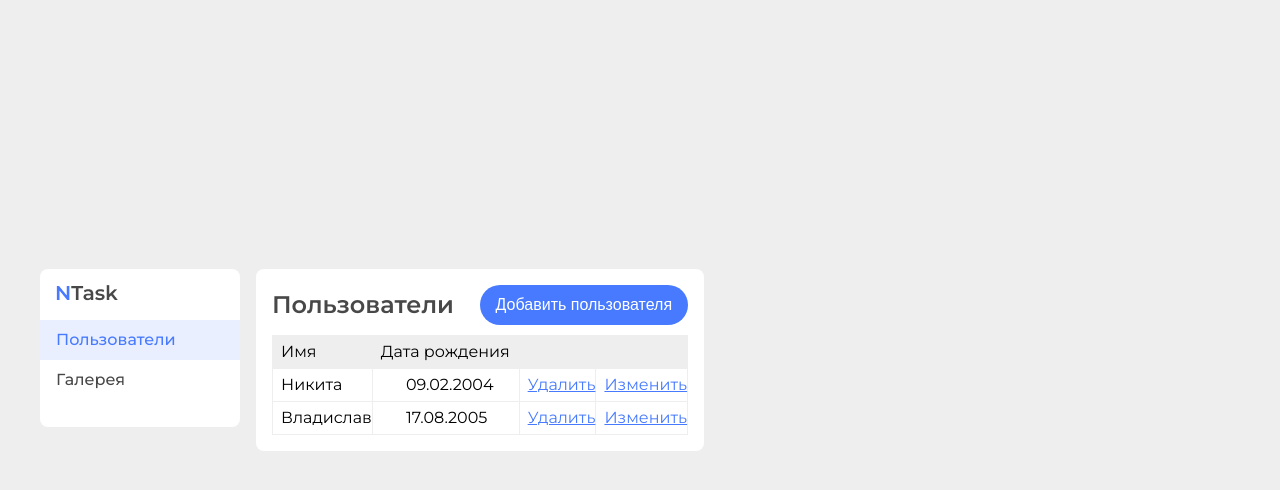
Repository: Grid-Master/NTask
Page: /
These files come from the project's save history. The page is drawn as it stood at one moment and after the next save; the edit follows.
The browser window is 1280 px wide. The pictures show the whole page.
The project was rebuilt for these pictures with package versions that can differ from the ones it lists, and the page was loaded fresh each time. Also part of the build but not shown: src/components/gallery/gallery.sass, src/components/gallery/Gallery.tsx, src/components/updateUser/updateUser.sass, src/components/updateUser/UpdateUser.tsx.

Above is the page before, as saved 2023-06-09 20:17:03.

### public/index.html
<!DOCTYPE html>
<html lang="en">
  <head>
    <meta charset="utf-8" />
    <link rel="icon" href="%PUBLIC_URL%/favicon.ico" />
    <meta name="viewport" content="width=device-width, initial-scale=1" />
    <meta name="theme-color" content="#000000" />
    <meta name="description" content="Web site created using create-react-app" />
    <link rel="apple-touch-icon" href="%PUBLIC_URL%/logo192.png" />
    <link rel="preconnect" href="https://fonts.googleapis.com" />
    <link rel="preconnect" href="https://fonts.gstatic.com" crossorigin />
    <link
      href="https://fonts.googleapis.com/css2?family=Montserrat:wght@300;400;500;600;700&display=swap"
      rel="stylesheet" />
    <link rel="manifest" href="%PUBLIC_URL%/manifest.json" />
    <title>React App</title>
  </head>
  <body>
    <noscript>You need to enable JavaScript to run this app.</noscript>
    <div id="root"></div>
  </body>
</html>

### src/index.tsx
import React from 'react';
import ReactDOM from 'react-dom/client';
import { Provider } from 'react-redux';
import './index.css';
import App from './App';
import { BrowserRouter } from 'react-router-dom';
import store from './store';

const root = ReactDOM.createRoot(document.getElementById('root') as HTMLElement);
root.render(
  <React.StrictMode>
    <BrowserRouter>
      <Provider store={store}>
        <App />
      </Provider>
    </BrowserRouter>
  </React.StrictMode>,
);

### src/index.css
html, body, div, span, applet, object, iframe,
h1, h2, h3, h4, h5, h6, p, blockquote, pre,
a, abbr, acronym, address, big, cite, code,
del, dfn, em, img, ins, kbd, q, s, samp,
small, strike, strong, sub, sup, tt, var,
b, u, i, center,
dl, dt, dd, ol, ul, li,
fieldset, form, label, legend,
table, caption, tbody, tfoot, thead, tr, th, td,
article, aside, canvas, details, embed,
figure, figcaption, footer, header, hgroup,
menu, nav, output, ruby, section, summary,
time, mark, audio, video {
	margin: 0;
	padding: 0;
	border: 0;
	font-size: 100%;
	font: inherit;
	vertical-align: baseline;
}
/* HTML5 display-role reset for older browsers */
article, aside, details, figcaption, figure,
footer, header, hgroup, menu, nav, section {
	display: block;
}
body {
	line-height: 1;
}
ol, ul {
	list-style: none;
}
blockquote, q {
	quotes: none;
}
blockquote:before, blockquote:after,
q:before, q:after {
	content: '';
	content: none;
}
table {
	border-collapse: collapse;
}
body {
  margin: 0;
  font-family: Montserrat;
  background: #EEEEEE;
;
}
input {
	font-family: Montserrat;
}

#root {
	display: flex;
	align-items: center;
	justify-content: center;
	height: 100vh;
}

code {
  font-family: source-code-pro, Menlo, Monaco, Consolas, 'Courier New',
    monospace;
}

### src/App.tsx
import './App.css';
import { FC, useEffect } from 'react';
import Navbar from './components/navabar/Navbar';
import UserList from './components/userList/UserList';
import { Routes, Route, useNavigate } from 'react-router-dom';
import Gallery from './components/gallery/Gallery';
import UpdateUser from './components/updateUser/UpdateUser';

const App: FC = () => {
  const navigate = useNavigate();
  useEffect(() => {
    navigate('/NTask/users');
  }, []);

  return (
    <div className="App">
      <Navbar />
      <Routes>
        <Route path="/NTask/users" element={<UserList />} />
        <Route path="/NTask/users/:id" element={<UpdateUser />} />
        <Route path="/NTask/gallery" element={<Gallery />} />
        <Route path="*" element={<h1>Error</h1>} />
      </Routes>
    </div>
  );
};

export default App;

### src/store/index.ts
import { configureStore } from '@reduxjs/toolkit';
import usersReducer from './usersSlice';
import galleryReducer from './gallerySlice';

const store = configureStore({
  reducer: { usersReducer, galleryReducer },
});

export default store;

export type RootState = ReturnType<typeof store.getState>;
export type AppDispatch = typeof store.dispatch;

### src/App.css
.App {

  width: 100%;
  display: flex;
  align-items:start;
  gap: 16px;
  max-width: 1200px;
  margin: 0 auto;
}

@media screen and (max-width: 1200px) {
  .App {
    flex-direction: column;
    max-width: 1000px;
  }
}
@media screen and (max-width: 1000px) {
  .App {
    max-width: 600px;
    padding: 16px;
  }
}
@media screen and (max-width: 600px) {
  .App {
    max-width: calc(320px - 32px);
  }
}

### src/components/navabar/Navbar.tsx
import { FC } from 'react';
import './navbar.sass';
import { useNavigate, useLocation } from 'react-router-dom';
const logo = require('../../images/logo.png');

const Navbar: FC = () => {
  const navigate = useNavigate();
  const { pathname } = useLocation();

  return (
    <div className="navbar">
      <div className="navbar__imagecontainer">
        <img src={logo} alt="logo" />
      </div>
      <div
        className={pathname.includes('/users') ? 'navbar__item navbar__active' : 'navbar__item'}
        onClick={() => navigate('/NTask/users')}>
        Пользователи
      </div>
      <div
        className={pathname.includes('/gallery') ? 'navbar__item navbar__active' : 'navbar__item'}
        onClick={() => navigate('/NTask/gallery')}>
        Галерея
      </div>
    </div>
  );
};

export default Navbar;

### src/components/userList/UserList.tsx
import React, { FC } from 'react';
import { useNavigate } from 'react-router-dom';
import './userList.sass';
import { useAppDispatch, useAppSelector } from '../../store/hooks';
import { removeUser } from '../../store/usersSlice';

const UserList: FC = () => {
  const navigate = useNavigate();
  const users = useAppSelector((state) => state.usersReducer.users);
  const dispatch = useAppDispatch();

  const updateHandler = (router: string) => {
    navigate(router);
    window.scrollTo(0, 0);
  };

  const deleteHandler = (id: number) => {
    dispatch(removeUser(id));
  };

  return (
    <div className="userList">
      <div>
        <h1 className="userList__title">Пользователи</h1>
        <button className="userList__addUserBtn" onClick={() => updateHandler('createuser')}>
          Добавить пользователя
        </button>
      </div>
      <div className="table__container">
        <table className="userList__table">
          <tr className="userList__table-info">
            <td>Имя</td>
            <td>Дата рождения</td>
            <td></td>
            <td></td>
          </tr>
          {users.map((user) => (
            <tr key={user.id}>
              <td>{user.name}</td>
              <td>
                &nbsp;&nbsp;&nbsp;&nbsp;&nbsp;&nbsp;{user.date}&nbsp;&nbsp;&nbsp;&nbsp;&nbsp;&nbsp;
              </td>
              <td className="userList__table-btn" onClick={() => deleteHandler(user.id)}>
                Удалить
              </td>
              <td className="userList__table-btn" onClick={() => updateHandler(`${user.id}`)}>
                Изменить
              </td>
            </tr>
          ))}
        </table>
      </div>
    </div>
  );
};

export default UserList;

### src/store/usersSlice.ts
import { createSlice, PayloadAction } from '@reduxjs/toolkit';
import { users } from '../data/users';

export interface IUser {
  id: number;
  name: string;
  date: string;
}

const usersSlice = createSlice({
  name: 'users',
  initialState: {
    users: [...users] as IUser[],
  },
  reducers: {
    addUser(state, action: PayloadAction<IUser>) {
      state.users.push(action.payload);
    },
    updateUser(state, action: PayloadAction<IUser>) {
      let updateUser = state.users.find((user) => user.id === action.payload.id);
      if (updateUser) {
        updateUser.name = action.payload.name;
        updateUser.date = action.payload.date;
      }
      state.users = state.users.map((user) => (user.id === updateUser?.id ? updateUser : user));
    },
    removeUser(state, action: PayloadAction<number>) {
      state.users = state.users.filter((user) => user.id !== action.payload);
    },
  },
});

export const { removeUser, updateUser, addUser } = usersSlice.actions;

export default usersSlice.reducer;

### src/store/gallerySlice.ts
import { createSlice, PayloadAction } from '@reduxjs/toolkit';

export interface IPhoto {
  id: number;
  isSelected: boolean;
  file: any;
}

const gallerySlice = createSlice({
  name: 'users',
  initialState: {
    photos: [] as IPhoto[],
  },
  reducers: {
    addPhoto(state, action: PayloadAction<IPhoto>) {
      state.photos.unshift(action.payload);
    },
    pickPhoto(state, action: PayloadAction<number>) {
      const pickedPhoto = state.photos.findIndex((photo) => photo.id === action.payload);
      console.log(pickedPhoto, 'picked');
      if (pickedPhoto !== -1) {
        state.photos[pickedPhoto] = {
          ...state.photos[pickedPhoto],
          isSelected: !state.photos[pickedPhoto].isSelected,
        };
      }
    },
    removePhotos(state) {
      state.photos = state.photos.filter((photo) => !photo.isSelected);
    },
  },
});

export const { addPhoto, pickPhoto, removePhotos } = gallerySlice.actions;

export default gallerySlice.reducer;

### src/components/navabar/navbar.sass
.navbar
    width: 200px
    height: 158px
    background: #FFFFFF
    border-radius: 8px
    &__imagecontainer
        padding: 16px 0
        margin-left: 16px
    &__item
        padding: 8px 16px
        cursor: pointer
        font-weight: 500
        font-size: 16px
        line-height: 150%
        color: #484848
        transition: .3s
        &:hover
            color: #477AFF

    &__active
        background: #E9EFFF
        color: #477AFF

@media screen and (max-width: 600px)
    .navbar
        width: 288px
        height: 158px

### src/components/userList/userList.sass
.userList
    // width: 100%
    background: #FFFFFF
    border-radius: 8px
    padding: 16px
    >div
        display: flex
        align-items: center
        justify-content: space-between
    &__title
        font-weight: 600
        font-size: 24px
        line-height: 150%
        color: #484848
    &__addUserBtn
        font-weight: 500
        font-size: 16px
        line-height: 100%
        color: #FFFFFF
        background: #477AFF
        border-radius: 20px
        padding: 12px 16px
        border: none
        outline: none
        cursor: pointer
        transition: .3s
        &:hover
            opacity: .8
    .table__container
        width: 100%
    &__table
        margin-top: 10px
        // width: 952px
        td
            border: 1px solid #EEEEEE
            // width: 238px
            text-align: start
            padding: 8px 0
            padding-left: 8px
        &-btn
            cursor: pointer
            text-decoration-line: underline
            color: #477AFF
            transition: .2s
            text-align: center !important
            &:hover
                opacity: .8
        tr td:nth-child(2)
            height: 10px
        // tr:first-child td:first-child
        //     border-radius: 8px 0 0 0
        // tr:first-child td:last-child
        //     border-radius: 0 8px 0 0
        // tr:last-child td:first-child
        //     border-radius: 0 0 8px 0
        // tr:last-child td:last-child
        //     border-radius: 0 0 0 8px //??
        &-info
            background-color: #EEEEEE
            border-radius: 8px !important

@media screen and (max-width: 1200px)
    .userList
        width: calc( 100% - 32px )
@media screen and (max-width: 600px)
    .userList
        &__table
            display: block
            overflow-x: scroll
            &::-webkit-scrollbar
                // width: 4px
                scroll-margin-top: 5px
                height: 4px
                border: 1px solid #d5d5d5
            &::-webkit-scrollbar-track
                border-radius: 0
                background: #eeeeee
            &::-webkit-scrollbar-thumb
                border-radius: 0
                background: #b0b0b0
                cursor: pointer
        >div
            flex-direction: column
            align-items: start
        &__title
            margin-bottom: 10px

### src/store/hooks.ts
import { useDispatch, useSelector, TypedUseSelectorHook } from 'react-redux';
import type { RootState, AppDispatch } from '../store';

export const useAppDispatch = () => useDispatch<AppDispatch>();
export const useAppSelector: TypedUseSelectorHook<RootState> = useSelector;

### src/data/users.ts
import { IUser } from '../store/usersSlice';

export const users: IUser[] = [
  {
    id: 1,
    name: 'Никита',
    date: '09.02.2004',
  },
  {
    id: 2,
    name: 'Владислав',
    date: '17.08.2005',
  },
];

After the next save:
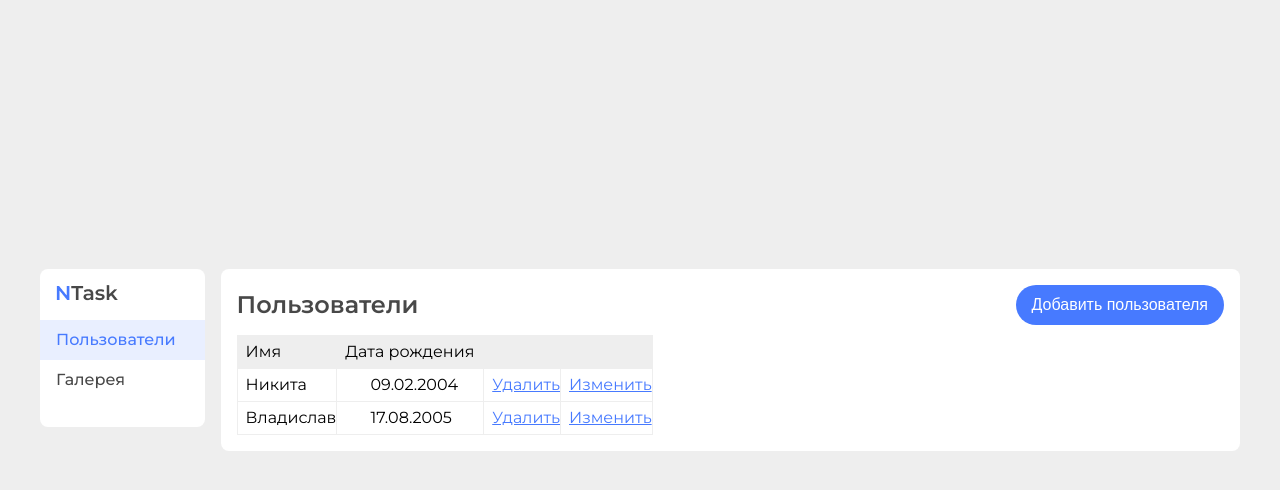
Saved 20 s later.
--- a/src/components/userList/userList.sass
+++ b/src/components/userList/userList.sass
@@ -1,5 +1,5 @@
 .userList
-    // width: 100%
+    width: 100%
     background: #FFFFFF
     border-radius: 8px
     padding: 16px
@@ -27,7 +27,7 @@
         &:hover
             opacity: .8
     .table__container
-        width: 100%
+        // width: 100%
     &__table
         margin-top: 10px
         // width: 952px
